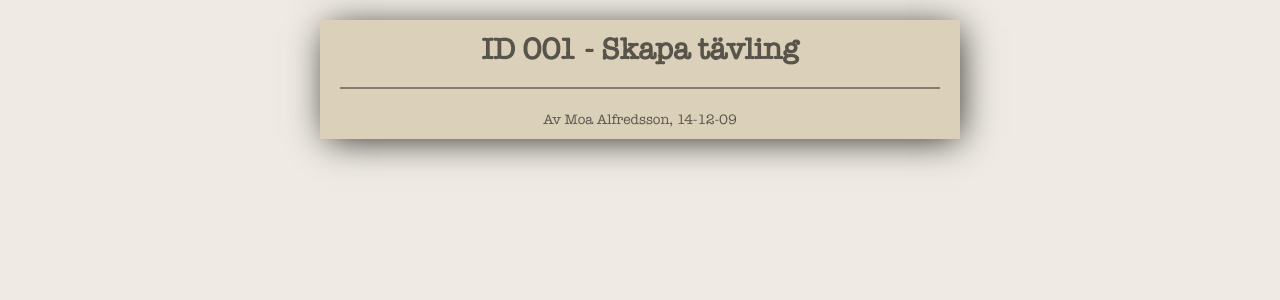
Repository: ma223md/1dv404_lab4_ma223md
Page: index.html
The author's editor kept a record of every edit. The page is drawn from the files as they stood at one moment, then again after the next edit.
The browser window is 1280 px wide. The pictures show the whole page.

Above is the page before.

### index.html
<!DOCTYPE html>
<html>
    <head>
        <meta charset="UTF-8" />
        <link rel="stylesheet" href="css/teststyle.css" />
        <script src="js/calendar.js"></script>
        <script src="js/contest.js"></script>
        <script src="js/contestmanager.js"></script>
        <title>Laboration 3 - Testning</title>
    </head>

    <body>
        <div id="container">
            <header>
                <h1>ID 001 - Skapa tävling</h1>
            </header>
            <main>
            </main>
            <footer>
                <p>Av Moa Alfredsson, 14-12-09</p>
            </footer>
        </div>
    </body>
</html>

### css/teststyle.css
@font-face {
    font-family: headline;
    src: url(../fonts/OldLondon.ttf);
}

@font-face {
    font-family: article;
    src: url(../fonts/linowrite.ttf);
}

body
{
    background-color: #efebe4;
}

header h1 {
    text-align: center;
    padding-top: 15px;
    color: #58544A;
    font-family: article;
    font-size: 30px;
}

#container {
    display: block;
    margin-left: auto;
    margin-right: auto;
    width: 600px;
    background-color: #dbd1ba;
    padding-left: 20px;
    padding-right: 20px;
    -webkit-box-shadow: 3px 4px 35px -4px rgba(38,35,32,1);
    -moz-box-shadow: 3px 4px 35px -4px rgba(38,35,32,1);
    box-shadow: 3px 4px 35px -4px rgba(38,35,32,1);
}

main {
    border-style: solid;
    border-width: 1px;
    border-color: #837D70;
}

p {
    font-family: article;
    font-size: 14px;
    text-align: center;
    padding-top: 10px;
    padding-bottom: 10px;
    padding-left: 20px;
    padding-right: 20px;
    color: #58544A;
    word-wrap: break-word;
}

input {
    display: block;
    margin-left: auto;
    margin-right: auto;
    margin-bottom: 20px;
    font-family: article;
    background-color: #E2DAC8;
    color: #58544A;
}

textarea {
    display: block;
    margin-left: auto;
    margin-right: auto;
    margin-bottom: 10px;
    margin-top: 10px;
    resize: none;
}

footer {
    font-size: 12px;
}

### js/calendar.js
"use strict";

function Calendar(){
    // array with dates
    var dateArray = [];

    Calendar.prototype.isDateFree = function(date){
        // check date array if date is free
        // if not return false
        // else return true
        return true;
    };

    Calendar.prototype.freeDate = function(date) {
        // remove date from list
    }
}

Loaded but not shown: js/contest.js (no copy from this time; the picture is the same without it); js/contestmanager.js (no copy from this time; the picture is the same without it)

After the next edit:
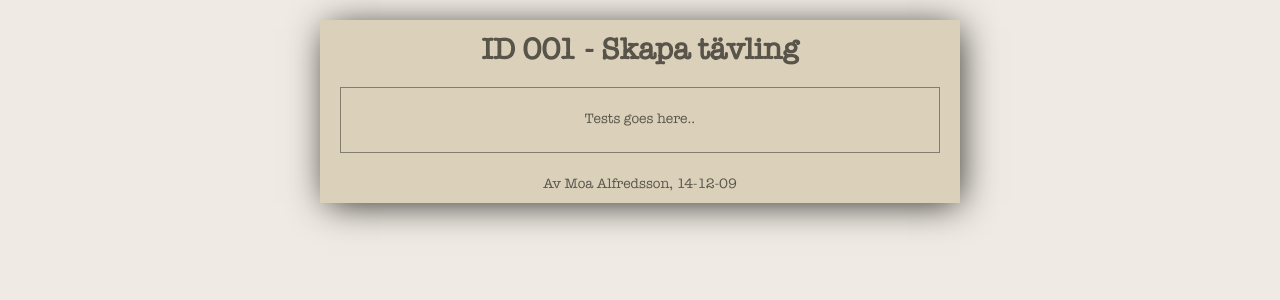
The edit:
--- a/index.html
+++ b/index.html
@@ -15,6 +15,7 @@
                 <h1>ID 001 - Skapa tävling</h1>
             </header>
             <main>
+                <p>Tests goes here..</p>
             </main>
             <footer>
                 <p>Av Moa Alfredsson, 14-12-09</p>
